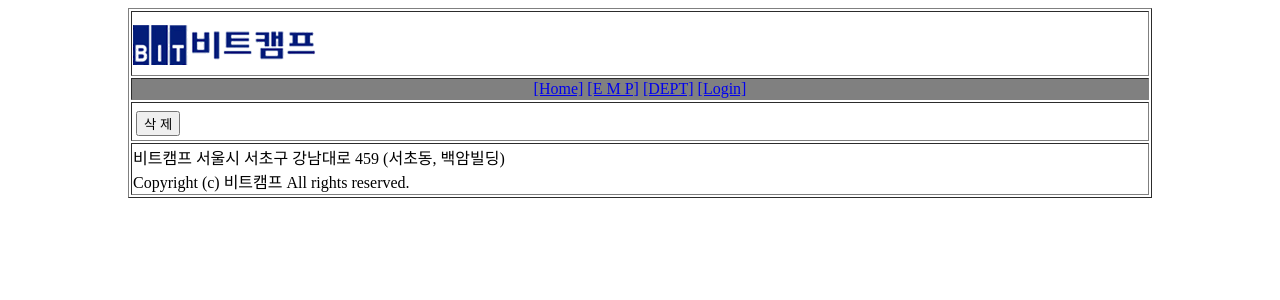
Repository: Lee-seongBeom/bitclass
Page: http://localhost/web06/delete.jsp
These files come from the project's save history. The page is drawn as it stood at one moment and after the next save; the edit follows.
The browser window is 1280 px wide. The pictures show the whole page.
The page is served by Tomcat 9.

Above is the page before, as saved 2020-07-06 08:21:43.

After the next save:
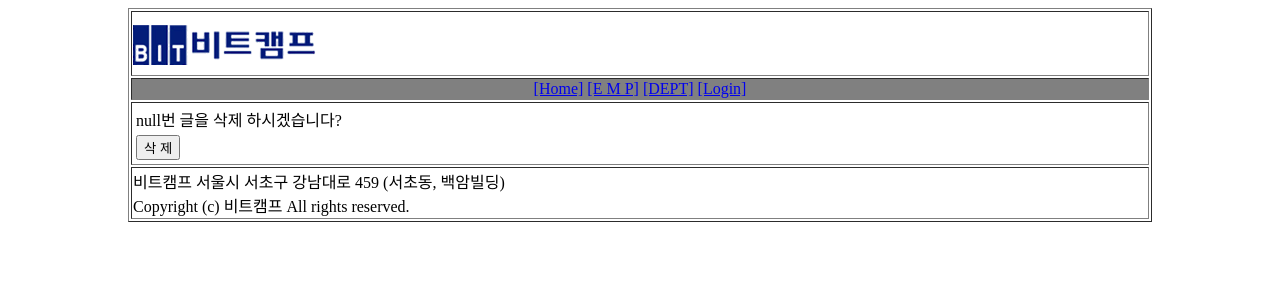
Saved 47 s later.
--- a/web/web06/WebContent/delete.jsp
+++ b/web/web06/WebContent/delete.jsp
@@ -29,13 +29,12 @@
 			<!--GET  -->
 			<table>
 				<tr>
-					<td></td>
-					<td></td>
+					<td><%=request.getParameter("idx")%>번 글을 삭제 하시겠습니다?</td>
 				</tr>
 				<tr>
 					<td>
 							<form method="post">
-								<input type="hidden" name="sabun">
+								<input type="hidden" name="sabun" value="<%=request.getParameter("idx")%>">
 								<input type="submit" value="삭 제">
 							</form>
 					</td>
